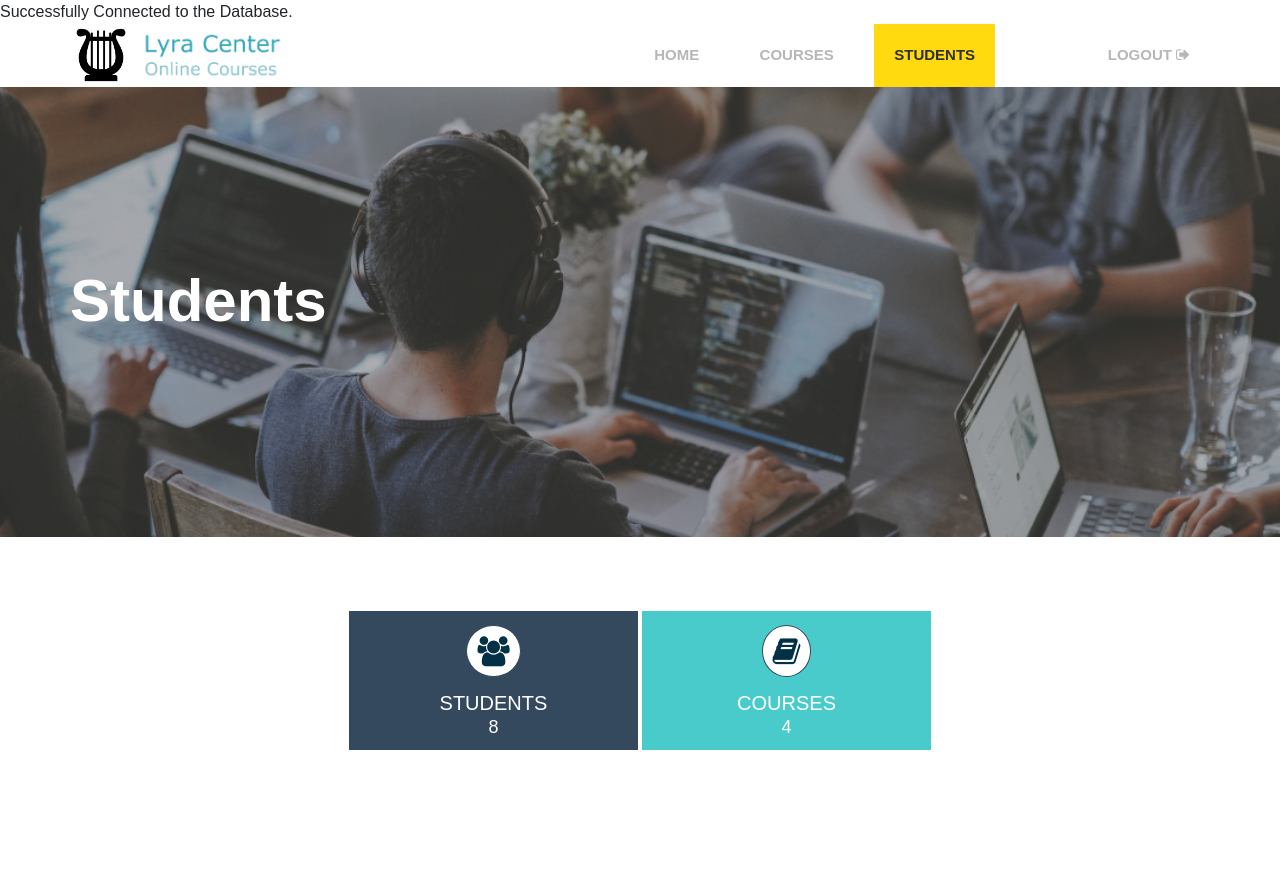
Repository: jersmaecrz/lyra-center
Page: http://localhost/aStudents.php
The author's editor kept a copy of each file at every save. The page is drawn from the files as they stood at one save, then again after the next save.
The browser window is 1280 px wide. The pictures show the whole page.
Some web fonts or font styles are not loaded; a fallback is used. The page is run by PHP 8.4 with error messages shown; the project is at /var/www/html/. The database holds what the project's SQL file puts in it.

Above is the page before, as saved 2022-12-03 23:25:10.

### aStudents.php
<?php
    include "admin-dashboard.php";
?>
<!DOCTYPE html>
<html lang="zxx">
<head>
    <link rel="icon" href="img/lyre.png">
    <meta charset="UTF-8">
    <meta name="description" content="Anime Template">
    <meta name="keywords" content="Anime, unica, creative, html">
    <meta name="viewport" content="width=device-width, initial-scale=1.0">
    <meta http-equiv="X-UA-Compatible" content="ie=edge">
    <title>Lyra | Students</title>
    <link rel="stylesheet" href="css/admin-home-style.css" type="text/css">

    <!-- Google Font -->
    <link href="https://fonts.googleapis.com/css2?family=Mulish:wght@300;400;500;600;700;800;900&display=swap"
    rel="stylesheet">

    <link rel="preconnect" href="https://fonts.googleapis.com">
    <link rel="preconnect" href="https://fonts.gstatic.com" crossorigin>
    <link href="https://fonts.googleapis.com/css2?family=Open+Sans:wght@700&display=swap" rel="stylesheet">

    <!-- Css Styles -->
    <link rel="stylesheet" href="css/bootstrap.min.css" type="text/css">
    <link rel="stylesheet" href="css/font-awesome.min.css" type="text/css">
    <link rel="stylesheet" href="css/elegant-icons.css" type="text/css">
    <link rel="stylesheet" href="css/plyr.css" type="text/css">
    <link rel="stylesheet" href="css/nice-select.css" type="text/css">
    <link rel="stylesheet" href="css/owl.carousel.min.css" type="text/css">
    <link rel="stylesheet" href="css/slicknav.min.css" type="text/css">
    <link rel="stylesheet" href="css/style.css" type="text/css">
</head>

<body>
    <!-- Page Preloder -->
    <div id="preloder">
        <div class="loader"></div>
    </div>

    <!-- Header Section Begin -->
    <header class="header">
        <div class="container">
            <div class="row">
                <div class="col-lg-5">
                    <div class="header__logo">
                        <a href="./aHome.php">
                            <img src="img/lyre.png" alt="" width=62px>
                            <img src="img/lyra.png" alt="" width=150px>
                        </a>
                    </div>
                </div>
                <div class="col-lg-7">
                    <div class="header__nav">
                        <nav class="header__menu mobile-menu">
                            <ul>
                                <li ><a href="./aHome.php">HOME</a></li>
                                <li ><a href="./aCourses.php">COURSES</a></li>
                                <li class="active"><a href="./aStudents.php">STUDENTS</a></li>
                                <li class="right"><a href="./signup.html">LOGOUT <i class="fa fa-sign-out" aria-hidden="true"></i></a></li>
                            </ul>
                        </nav>
                    </div>
                </div>

            </div>
            <div id="mobile-menu-wrap"></div>
        </div>
    </header>
    <!-- Header End -->


    <!-- Normal Breadcrumb Begin -->
    <section class="normal-breadcrumb set-bg" data-setbg="img/banner.png">
        <div class="container">
            <div class="row">
                <div class="col-lg-5">
                    <div class="normal__breadcrumb__text">
                        <h2>Students</h2>
                    </div>
                </div>
            </div>
        </div>

    </section>
    <!-- Normal Breadcrumb End -->
<br>

<!-- Dashboard -->
<div class="container">
    <div class="row">
            <div class="col-lg-12">
                <div class="main-section normal__breadcrumb__text">
                    <div class="dashboard blueDash">
                        <div class="icon-section">
                            <i class="icon fa fa-users" aria-hidden="true"></i><br>
                            <h3>STUDENTS</h3>
                            <?php
                                $dash = new Dashboard ();
                                $dash -> countStudents($pdo)
                            ?>
                            <p><?php echo $dash ->getStudents() ?></p>
                        </div>
                    </div>
                    <div class="dashboard yellowDash">
                        <div class="icon-section">
                            <i class="icon fa fa-book" aria-hidden="true"></i><br>
                            <h3>COURSES</h3>
                            <?php
                                $dash -> countCourses($pdo)
                            ?>
                            <p><?php echo $dash ->getCourses() ?></p>
                        </div>

                    </div>
            </div>
    </div>
</div>
<br>
<br>
<br>
<br>
<br>

<!-- Footer Section Begin
<footer class="footer">
    <div class="page-up">
        <a href="#" class="scroll"><span class="arrow_carrot-up"></span></a>
    </div>
    <div class="container">
        <div class="row">
            <div class="col-lg-3">
                <div class="footer__logo">
                    <a href="./index.html">
                        <img src="img/mango manga.png" alt="" width=80px>
                        <img src="img/mm.png" alt="" width=110px>
                    </a>
                </div>
            </div>
            <div class="col-lg-6">
                <div class="footer__nav">
                    <ul>
                        <li class="active"><a href="./index.html">HOME</a></li>
                        <li ><a href="./courses.html">COURSES</a></li>
                        <li ><a href="./signup.html">STUDENTS</a></li>

                    </ul>
                </div>
            </div>

          </div>
      </div>
  </footer>
  <!-- Footer Section End -->


<!-- Js Plugins -->
<script src="js/jquery-3.3.1.min.js"></script>
<script src="js/bootstrap.min.js"></script>
<script src="js/player.js"></script>
<script src="js/jquery.nice-select.min.js"></script>
<script src="js/mixitup.min.js"></script>
<script src="js/jquery.slicknav.js"></script>
<script src="js/owl.carousel.min.js"></script>
<script src="js/main.js"></script>


</body>

</html>

### admin-dashboard.php
<?php
   require_once("config.php");
   class Dashboard {
        //Attributes
        public $name;
        public $courses;
        //Create setters
        function setStudents($students){
            $this -> students = $students;
        }
        function setCourses($courses){
            $this -> courses = $courses;
        }
        //Create getters
        function getStudents(){
            return $this -> students;
        }
        function getCourses(){
            return $this -> courses;
        }
        function countStudents($pdo){
            $query = "SELECT * FROM users";
            $stmt = $pdo-> prepare($query);
            $stmt -> execute();
            $rows = $stmt -> fetchAll();
            $rowCount = $stmt->rowCount();
            $this -> setStudents($rowCount);
        }
        function countCourses($pdo){
            $query = "SELECT * FROM courses";
            $stmt = $pdo-> prepare($query);
            $stmt -> execute();
            $rows = $stmt -> fetchAll();
            $rowCount = $stmt->rowCount();
            $this -> setCourses($rowCount);
        }
    }
?>

### config.php
<?php
    $host = "remotemysql.com";
    $user = "NsqxjSUDbx";
    $password = "wLgUwnheJo";
    $dbName = "NsqxjSUDbx" ;
    //Connect to database using PDO
    try {
        $dsn ="mysql:host=$host;dbname=$dbName";
        $pdo = new PDO($dsn,$user, $password);
        //Check the connection
        $pdo->setAttribute(PDO::ATTR_DEFAULT_FETCH_MODE,PDO::FETCH_OBJ);
        $pdo->setAttribute(PDO::ATTR_ERRMODE,PDO::ERRMODE_EXCEPTION);
        echo "Successfully Connected to the Database.";
    } catch(PDOException $e) {
        echo "Unable to Connect to DB: ". $e->getMessage();
    }
?>

### css/admin-home-style.css
.right {
    float: right;
}
.scroll {
    margin-left: -50px;
    margin-top: -50px;
}
.main-section{
	width:80%;
	margin:0 auto;
	text-align: center;
	padding: 0px 5px;
}
.dashboard{
	width:32%;
	display: inline-block;
	color:#fff;
	margin-top: 50px;
}
.icon-section i{
	font-size: 30px;
	padding:10px;
	border:1px solid #34495E;
	margin-bottom: 10px;
    margin: 5%;
	background-color:#fff;
    border-radius: 50%;
}
.icon-section h3{
	font-size: 20px;
    color: #fff;
	font-family: "Mulish", sans-serif;
}
.icon-section p{
	margin:0px;
	font-size: 20px;
	padding-bottom: 10px;
	font-family: "Mulish", sans-serif;
}
.icon {
    color: #023047;
}
.blueDash {
    background-color:#34495E;

}
.yellowDash {
    background-color:#4ACBCB;

}

### sql.sql (the tables this page reads)
CREATE TABLE `courses` (
  `crsID` varchar(100) COLLATE utf8_unicode_ci NOT NULL,
  `crsName` varchar(200) COLLATE utf8_unicode_ci NOT NULL,
  `crsInstructor` varchar(200) COLLATE utf8_unicode_ci NOT NULL,
  `crsPrice` float NOT NULL,
  `crsDesc` varchar(500) COLLATE utf8_unicode_ci NOT NULL
) ENGINE=InnoDB DEFAULT CHARSET=utf8 COLLATE=utf8_unicode_ci;

INSERT INTO `courses` (`crsID`, `crsName`, `crsInstructor`, `crsPrice`, `crsDesc`) VALUES
('FE ELEC ', 'IP EXAM', 'Sir PHILNITS', 1300, 'Online Course'),
('ICS 26016', 'Technopreneuship', 'Ma\'am Maria Christina Aragon', 1500, 'Entrepreneurial skills.'),
('ICS26013', 'Software Engineering 2', 'Inst. Lopez', 5000, 'Lorem ipsum'),
('IT ELEC3C', 'Web Application Development with PHP', 'Gabriel Montano', 1000, '3 Months PHP Online Course');

ALTER TABLE `courses`
  ADD UNIQUE KEY `crsID` (`crsID`);

CREATE TABLE `users` (
  `id` int(11) NOT NULL,
  `name` varchar(100) NOT NULL,
  `username` varchar(100) NOT NULL,
  `email` varchar(100) NOT NULL,
  `user_type` varchar(100) NOT NULL,
  `password` varchar(100) NOT NULL
) ENGINE=InnoDB DEFAULT CHARSET=utf8mb4 COLLATE=utf8mb4_0900_ai_ci;

INSERT INTO `users` (`id`, `name`, `username`, `email`, `user_type`, `password`) VALUES
(1, 'Arella Sumabat', 'arellamarie', 'arellamarie.sumabat@gmail.com', 'user', '4573a077f36ee2fd05b3e6054a24aa29'),
(6, 'Leila Gregorio', 'leinami', 'leilapatricia.gregorio.cics@ust.edu.ph', 'admin', '754f9968bf5f5f68d7dea029889b7415'),
(7, 'admin', 'admin', 'admin@gmail.com', 'admin', '21232f297a57a5a743894a0e4a801fc3'),
(8, 'Leila Gregorio', 'leila', 'leilapatricia.gregorio.cics@ust.edu.ph', 'user', '754f9968bf5f5f68d7dea029889b7415'),
(9, 'Jersey Cruz', 'jerss', 'jersuu@email.com', 'user', '202cb962ac59075b964b07152d234b70'),
(10, 'Hello Kitty', 'hellokitty', 'hellokitty03@gmail.com', 'user', '62fbc82dabe52c6e017e8ad9fb8f69a2'),
(11, 'Mya Nava', 'znvry', 'myajaren.nava.cics@ust.edu.ph', 'user', '27cb01c90a7fa07daf3a649f780b7086'),
(12, 'Jersey', 'jersii', 'jerseyy@email.com', 'user', '81dc9bdb52d04dc20036dbd8313ed055');

ALTER TABLE `users`
  ADD PRIMARY KEY (`id`);

ALTER TABLE `users`
  MODIFY `id` int(11) NOT NULL AUTO_INCREMENT, AUTO_INCREMENT=13;

Loaded but not shown: css/bootstrap.min.css (library); css/font-awesome.min.css (library); css/plyr.css (library); css/nice-select.css (common file); css/owl.carousel.min.css (library); css/slicknav.min.css (common file); js/jquery-3.3.1.min.js (library); js/bootstrap.min.js (library); js/player.js (library); js/jquery.nice-select.min.js (common file); js/mixitup.min.js (library); js/jquery.slicknav.js (library); js/owl.carousel.min.js (library); js/main.js (101 lines, source omitted); css/elegant-icons.css (1157 lines, source omitted); css/style.css (1159 lines, source omitted)

After the next save:
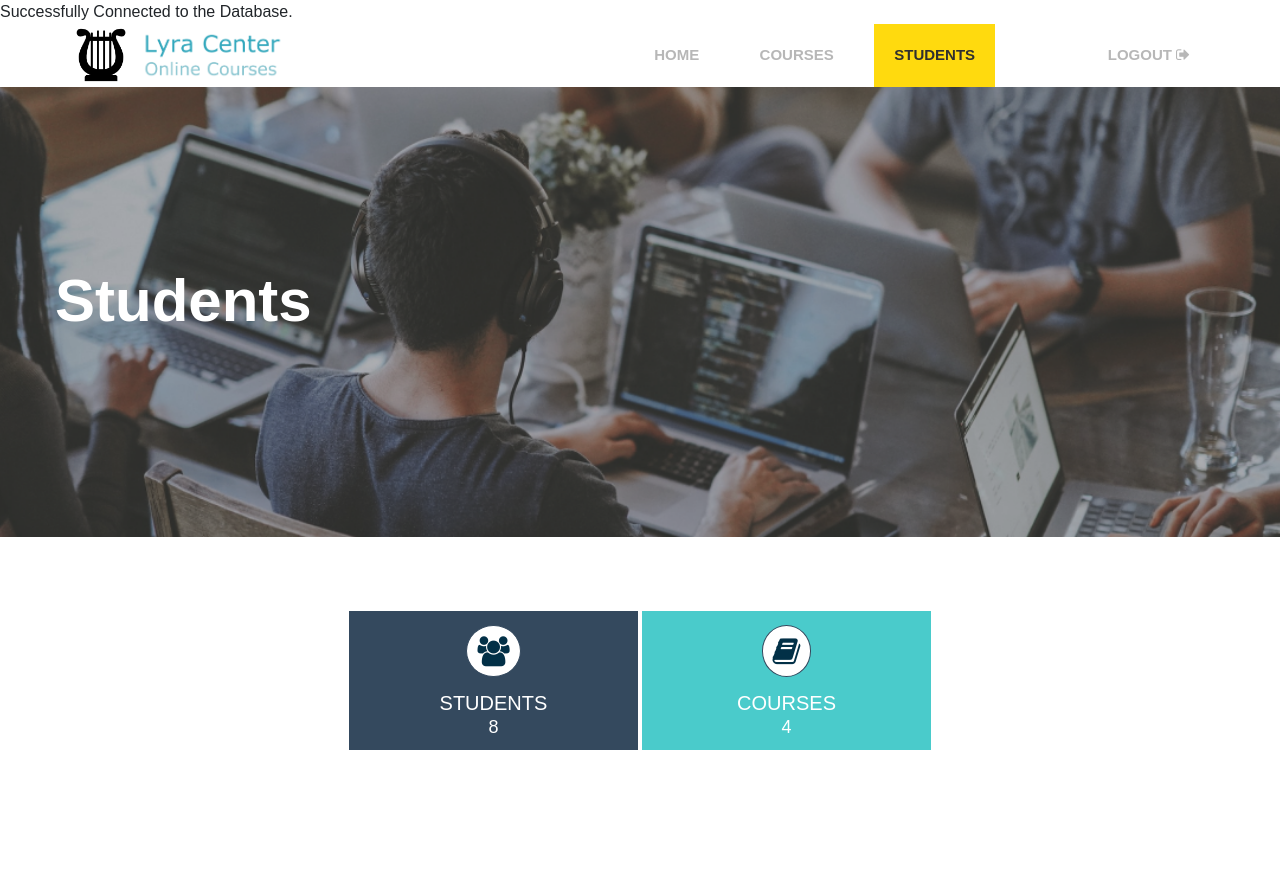
Saved 12 s later.
--- a/aStudents.php
+++ b/aStudents.php
@@ -74,7 +74,7 @@
     <section class="normal-breadcrumb set-bg" data-setbg="img/banner.png">
         <div class="container">
             <div class="row">
-                <div class="col-lg-5">
+                <div class="col-lg-">
                     <div class="normal__breadcrumb__text">
                         <h2>Students</h2>
                     </div>

After the save that followed:
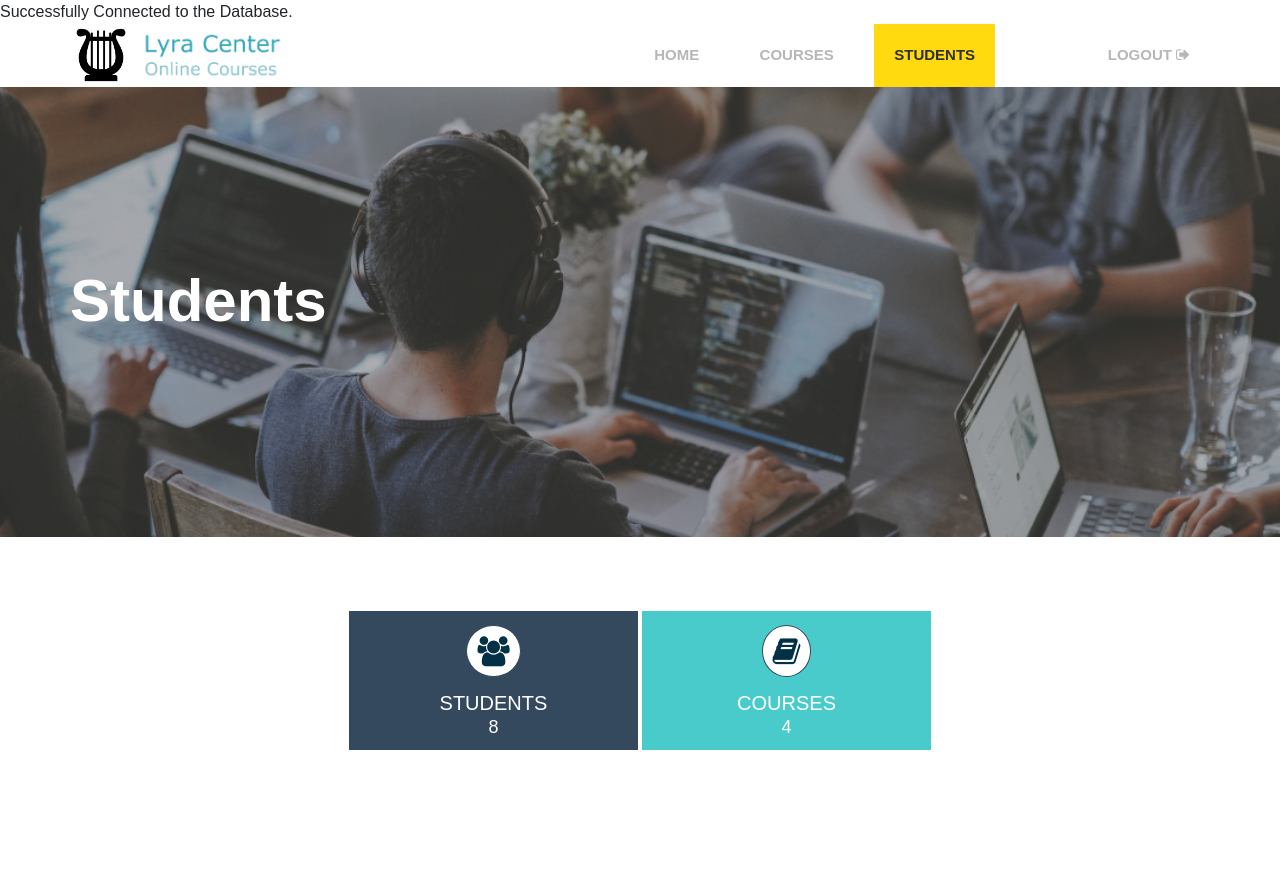
Saved 5 s later.
--- a/aStudents.php
+++ b/aStudents.php
@@ -74,7 +74,7 @@
     <section class="normal-breadcrumb set-bg" data-setbg="img/banner.png">
         <div class="container">
             <div class="row">
-                <div class="col-lg-">
+                <div class="col-lg-9">
                     <div class="normal__breadcrumb__text">
                         <h2>Students</h2>
                     </div>
